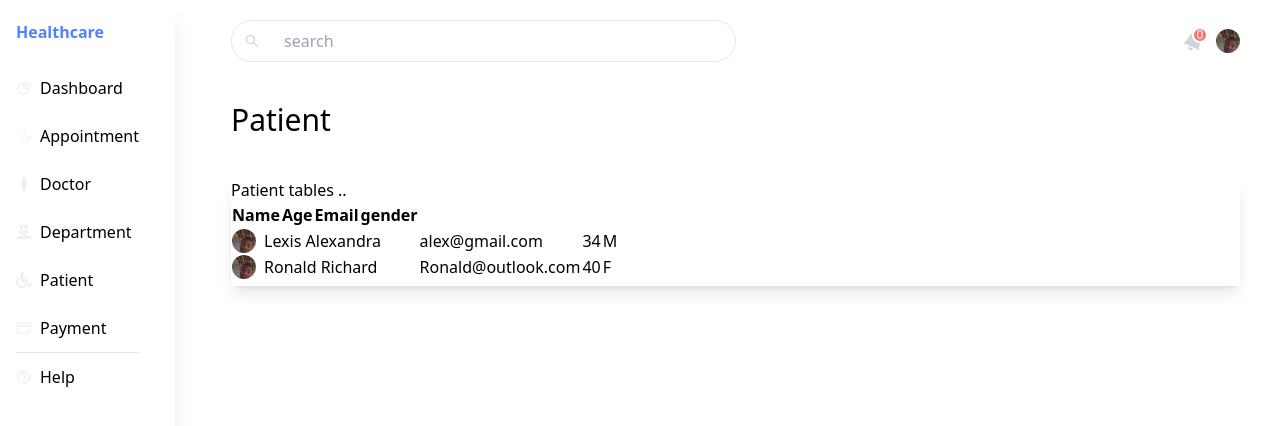
Repository: hisreal123/healthcare-dashboard
Page: /patient
These files come from the project's save history. The page is drawn as it stood at one moment and after a run of saves; the edit follows.
The browser window is 1280 px wide. The pictures show the whole page.
The project was rebuilt for these pictures with package versions that can differ from the ones it lists, and the page was loaded fresh each time. Also part of the build but not shown: vite.config.ts, src/routes/Error.tsx, src/views/Dashboard.tsx, components/tables/AppointementTable.tsx, src/views/Appointment.tsx, src/views/Doctor.tsx, src/views/Department.tsx, src/views/Payment.tsx and 1 more.

Above is the page before, as saved 2023-05-05 19:11:53.

After the next 2 saves:
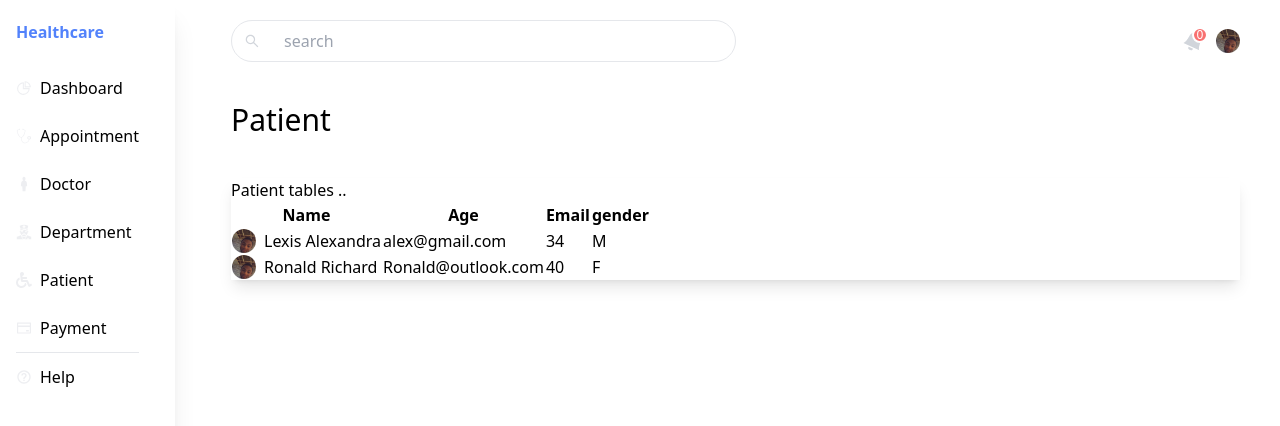
The 2 saves are shown as one change because they came seconds apart.
The last was saved 8 s later.
--- a/components/tables/PatientsTable.tsx
+++ b/components/tables/PatientsTable.tsx
@@ -39,9 +39,9 @@ export default function PatientTable({ patientStyle }: PatientTableProps) {
     const PTable = () => {
         return (
             <>
-                <table className="relative w-full  inline-block">
+                <table className="">
                     <thead>
-                        <tr className='flex-1 w-full flex relative justify-between'>
+                        <tr className=''>
                             <th>Name</th>
                             <th>Age</th>
                             <th>Email</th>
